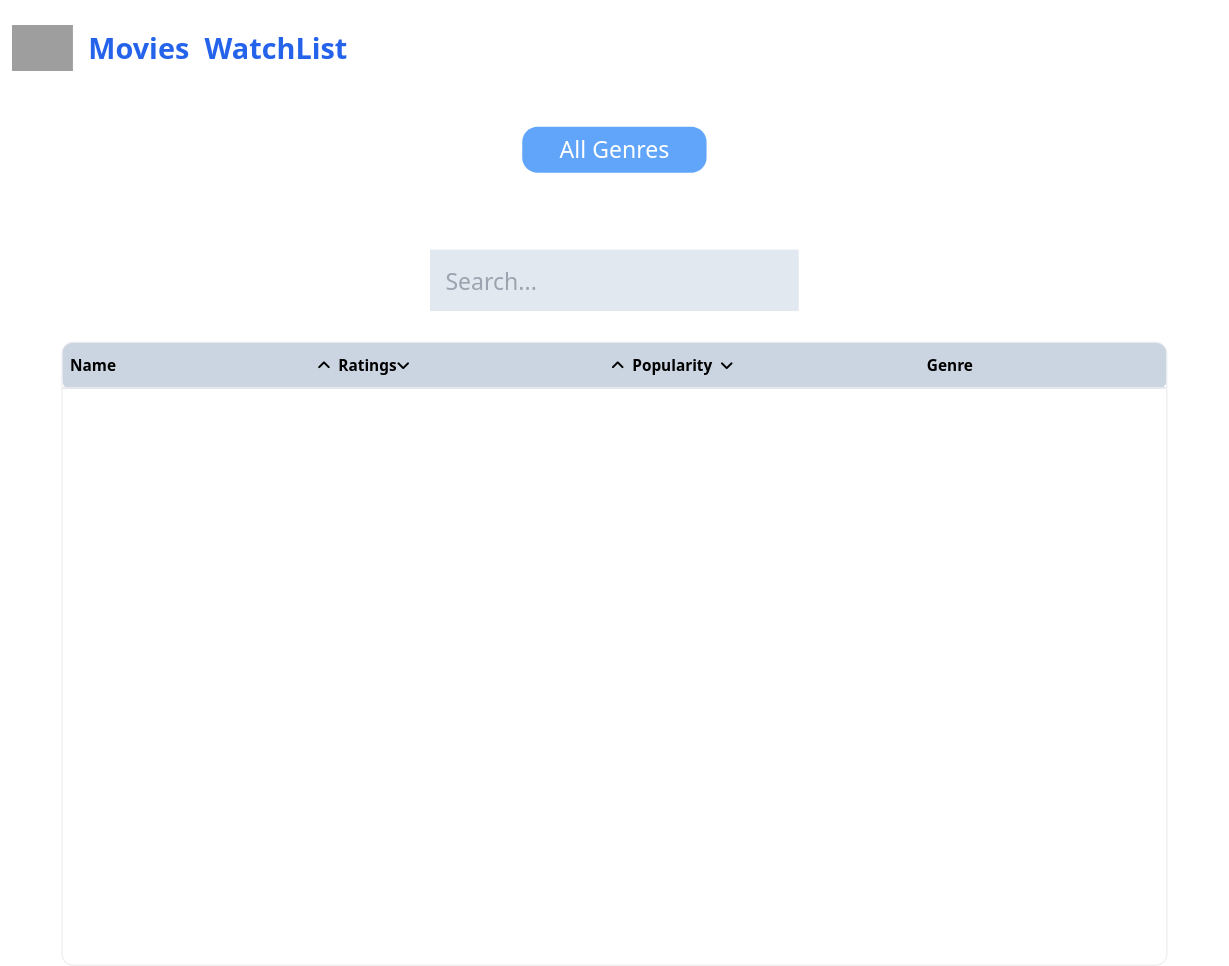
Repository: Aakash20bhatt/LearnReact
Page: /watchlist (app in moviesApp/)
An editor plug-in stored every save of this project. The page is shown before and after the next save, followed by the edit.
The browser window is 1280 px wide. The pictures show the whole page, at 96% of full size.
Pictures or frames that could not be fetched are drawn as grey boxes. Some web libraries are served in a nearby version. The project was rebuilt for these pictures with package versions that can differ from the ones it lists, and the page was loaded fresh each time. Also part of the build but not shown: moviesApp/vite.config.js, moviesApp/src/App.css, moviesApp/src/Components/Banner.jsx, moviesApp/src/Components/MovieCard.jsx, moviesApp/src/Components/Pagination.jsx, moviesApp/src/redux/movieMiddleware.js, moviesApp/src/Components/Movies.jsx, moviesApp/src/Components/MovieDetails.jsx.

Above is the page before, as saved 2024-08-25 13:53:08.

After the next save:
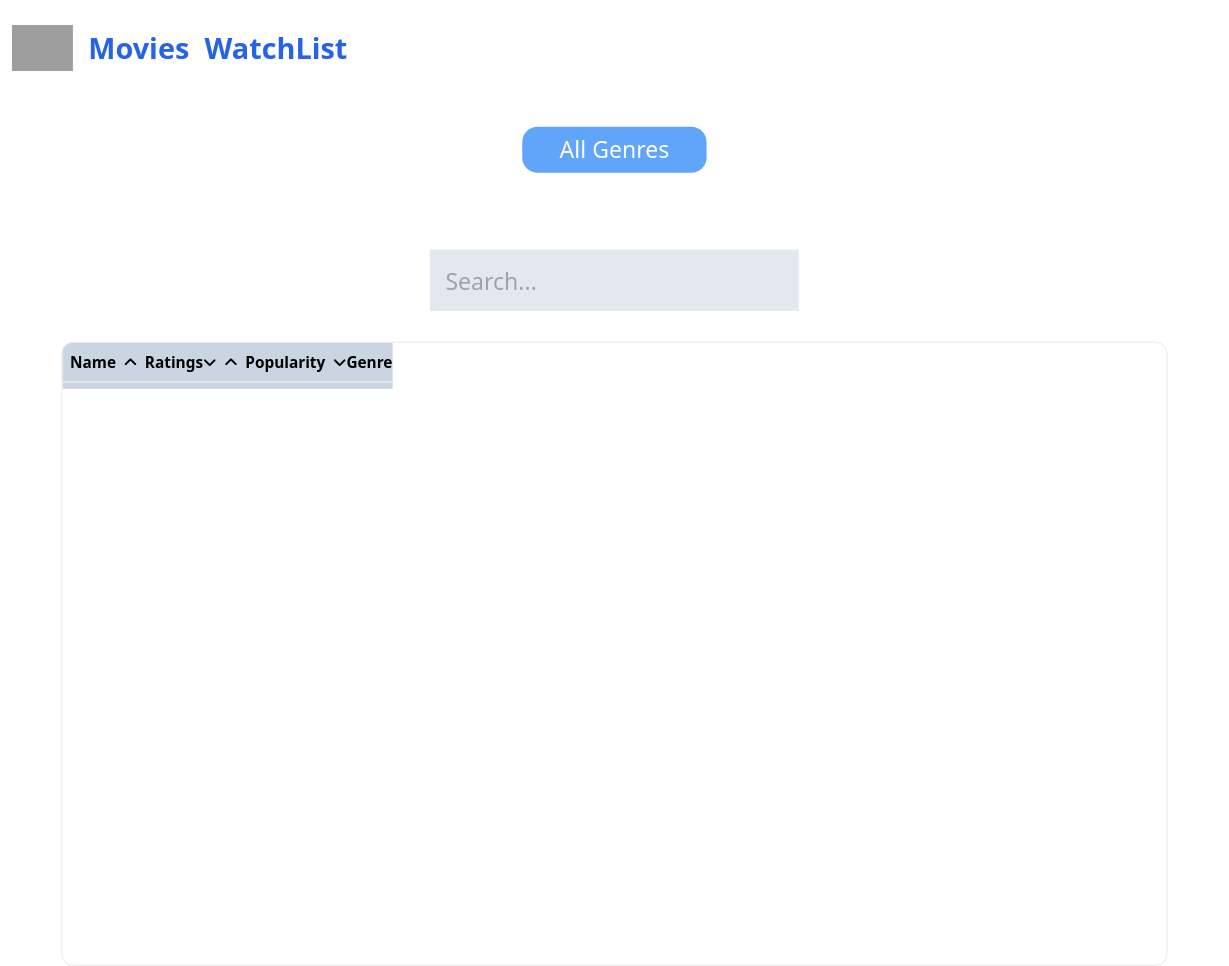
Saved 15 s later.
--- a/moviesApp/src/Components/Watchlist.jsx
+++ b/moviesApp/src/Components/Watchlist.jsx
@@ -96,7 +96,7 @@
                 onChange={(e) => setSearchValue(e.target.value)}
             />
             <div className="rounded-xl border w-[90%] overflow-hidden">
-                <thead className="heading flex bg-slate-300 h-12 rounded-lg">
+                <thead className="heading bg-slate-300 h-12 rounded-lg">
                     <th className="heading-row flex items-center justify-between w-full border-b-2 text-left">
                         <tr className="column p-2">Name</tr>
                         <tr className="column">

After the save that followed:
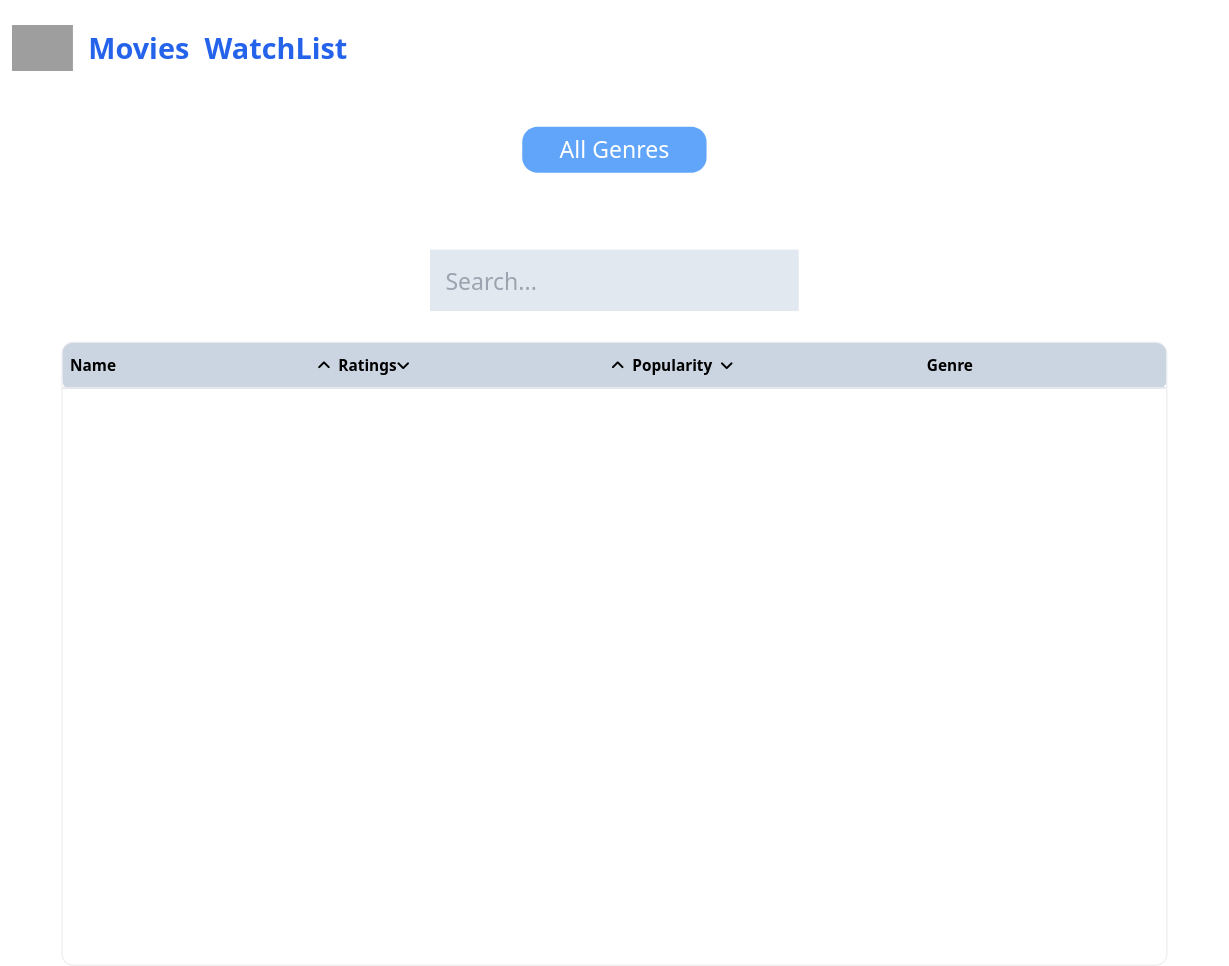
Saved 13 s later.
--- a/moviesApp/src/Components/Watchlist.jsx
+++ b/moviesApp/src/Components/Watchlist.jsx
@@ -96,7 +96,7 @@
                 onChange={(e) => setSearchValue(e.target.value)}
             />
             <div className="rounded-xl border w-[90%] overflow-hidden">
-                <thead className="heading bg-slate-300 h-12 rounded-lg">
+                <thead className="heading flex bg-slate-300 h-12 rounded-lg">
                     <th className="heading-row flex items-center justify-between w-full border-b-2 text-left">
                         <tr className="column p-2">Name</tr>
                         <tr className="column">
